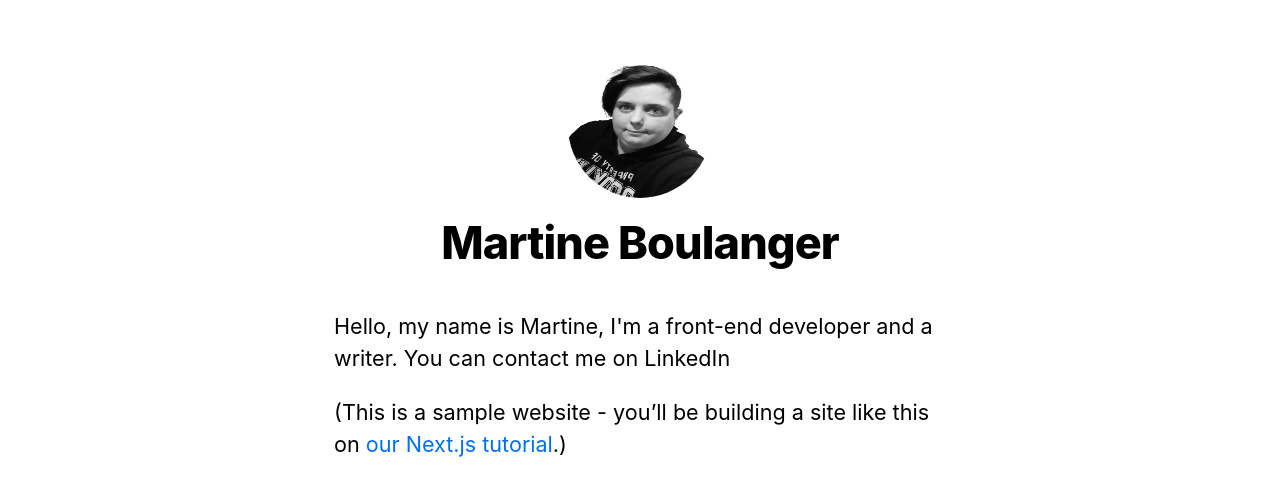
Repository: MartineBoulanger/nextjs-blog
Page: /
The author's editor kept a copy of each file at every save. The page is drawn from the files as they stood at one save, then again after a run of saves.
The browser window is 1280 px wide. The pictures show the whole page.
The project was rebuilt for these pictures with package versions that can differ from the ones it lists, and the page was loaded fresh each time. The framework's server and built-in components were replaced by stand-ins that run in the browser. Also part of the build but not shown: next.config.js.

Above is the page before, as saved 2022-07-19 15:18:21.

After the next 3 saves:
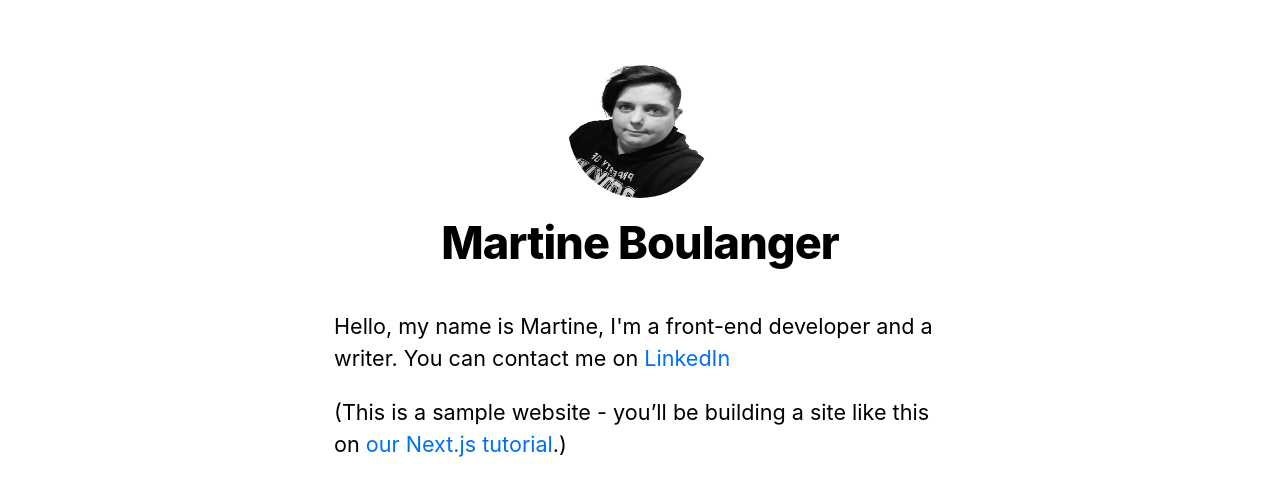
The 3 saves are shown as one change because they came seconds apart.
The last was saved 13 s later.
--- a/pages/index.js
+++ b/pages/index.js
@@ -9,7 +9,7 @@ export default function Home() {
         <title>{siteTitle}</title>
       </Head>
       <section className={utilStyles.headingMd}>
-        <p>Hello, my name is Martine, I'm a front-end developer and a writer. You can contact me on LinkedIn</p>
+        <p>Hello, my name is Martine, I'm a front-end developer and a writer. You can contact me on <a href=''>LinkedIn</a></p>
         <p>
           (This is a sample website - you’ll be building a site like this on{' '}
           <a href='https://nextjs.org/learn'>our Next.js tutorial</a>.)
